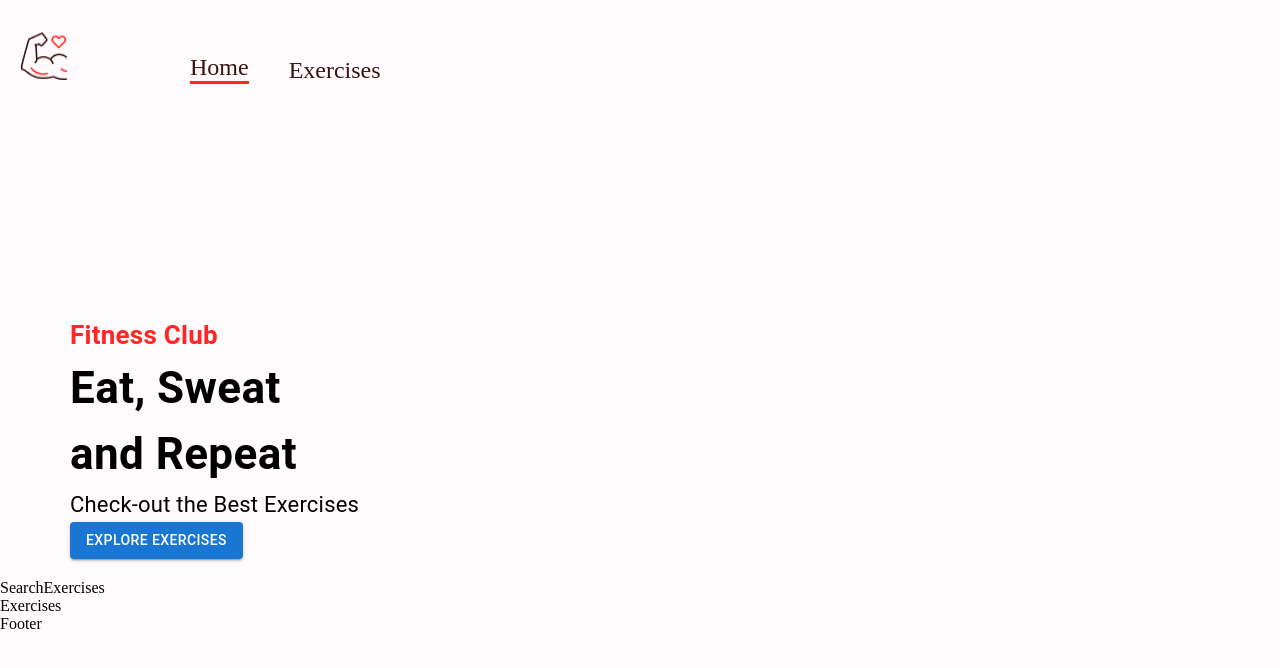
Repository: remydev47/fitness-center
Page: /
An editor plug-in stored every save of this project. The page is shown before and after the next save, followed by the edit.
The browser window is 1280 px wide. The pictures show the whole page.
The project was rebuilt for these pictures with package versions that can differ from the ones it lists, and the page was loaded fresh each time. Also part of the build but not shown: src/pages/ExerciseDetail.js.

Above is the page before, as saved 2022-07-26 00:21:59.

### src/index.js
import React from 'react'
import ReactDOM from  'react-dom'
import { BrowserRouter } from 'react-router-dom'

import App from './App'

const root = ReactDOM.createRoot(document.getElementById('root'))

root.render(
    <BrowserRouter>
      <App/>
    </BrowserRouter>
)

### src/App.js
import React from 'react'
import { Route, Routes } from 'react-router-dom';
import { Box } from '@mui/material'

import './App.css'
import Navbar from './components/Navbar';
import Footer from './components/Footer'
import Home from './pages/Home';
import ExerciseDetail from './pages/ExerciseDetail';

const App = () => {
  return (
    <Box>
      <Navbar />
      <Routes>
        <Route path="/"  element={<Home />}/>
        <Route path="/exercise/:id"  element={<ExerciseDetail />}/>
      </Routes>
      <Footer />
    </Box>
  )
}

export default App

### src/components/Navbar.js
import React from 'react'
import { Link } from 'react-router-dom';
import { Stack } from '@mui/material'
import Logo from '../assets/images/Logo.png'

const Navbar = () => {
  return (
    <Stack
     direction="row"
     justifyContent="space-around"
     sx={{ gap: { sm: '122px', xs: '40px'}, mt: { sm: '32px', xs:'20px'}, justifyContent: 'none'}}
     px="20px"
    >
        <Link to="/">
            <img
               src={Logo}
               alt="logo"
               style={{
                width:'48px',
                height:'48px',
                margin: '0, 20px'
               }}
            />
        </Link>
        <Stack
            direction="row"
            gap="40px"
            fontSize="24px"
            alignItems="flex-end"
        >
            <Link to="/" style={{
                textDecoration:"none",
                color:"#3A1212",
                borderBottom: '3px solid #FF2625'
            }}
            >
                Home
            </Link>
            <a href="#exercises" style={{ textDecoration:"none", color:"#3A1212"}}>Exercises</a>
        </Stack>
    </Stack>
  )
}

export default Navbar

### src/pages/Home.js
import React, { useState } from 'react';
import { Box } from '@mui/material'
import HeaderBanner from '../components/HeaderBanner';
import SearchExercises from '../components/SearchExercises';
import Exercises from '../components/Exercises';

const Home = () => {
  return (
    <Box>
        <HeaderBanner />
        <SearchExercises />
        <Exercises />
    </Box>
  )
}

export default Home

### src/components/HeaderBanner.js
import React from 'react';
import { Box, Stack, Typography, Button } from '@mui/material';
import banner from '../assets/images/banner.png';

const HeaderBanner = () => {
  return (
    <Box
      sx={{
        mt:{ lg: '212px', xs: '70px'},
        ml: { sm: '50px'}
      }}
      position="relative"
      p="20px"
    >
        <Typography
          color="#FF2625"
          fontSize="26px"
          fontWeight="600"
        >
            Fitness Club
        </Typography>
        <Typography
          fontWeight={700}
          sx={{
             fontSize: { lg:'44px', xs: '40px'}
          }}
        >
            Eat, Sweat <br/>and Repeat
        </Typography>
        <Typography
         fontSize="22px"
         lineHeight="35px"
        >
            Check-out the Best Exercises
        </Typography>
        <Button
          variant="contained"

        >
            Explore Exercises
        </Button>
    </Box>
  )
}

export default HeaderBanner

Loaded but not shown: public/index.html (common file); src/App.css (common file); src/components/Footer.js (common file); src/components/SearchExercises.js (common file); src/components/Exercises.js (common file)

After the next save:
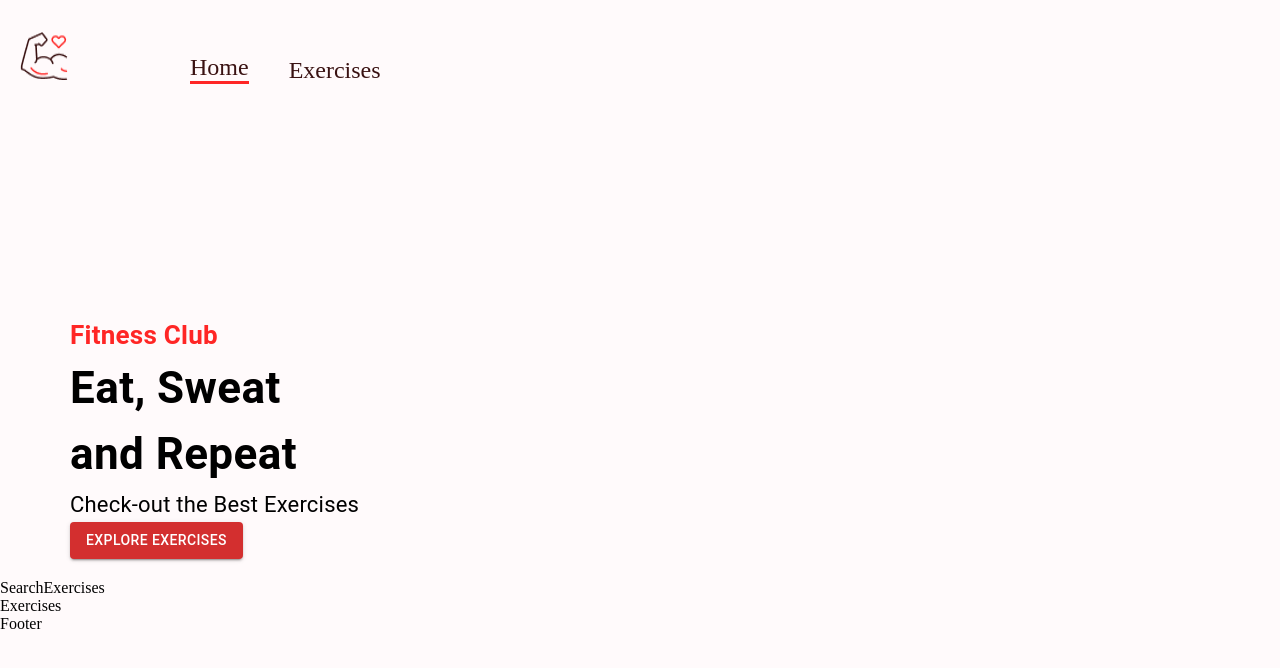
Saved 59 s later.
--- a/src/components/HeaderBanner.js
+++ b/src/components/HeaderBanner.js
@@ -35,7 +35,7 @@ const HeaderBanner = () => {
         </Typography>
         <Button
           variant="contained"
-
+          color="error"
         >
             Explore Exercises
         </Button>
